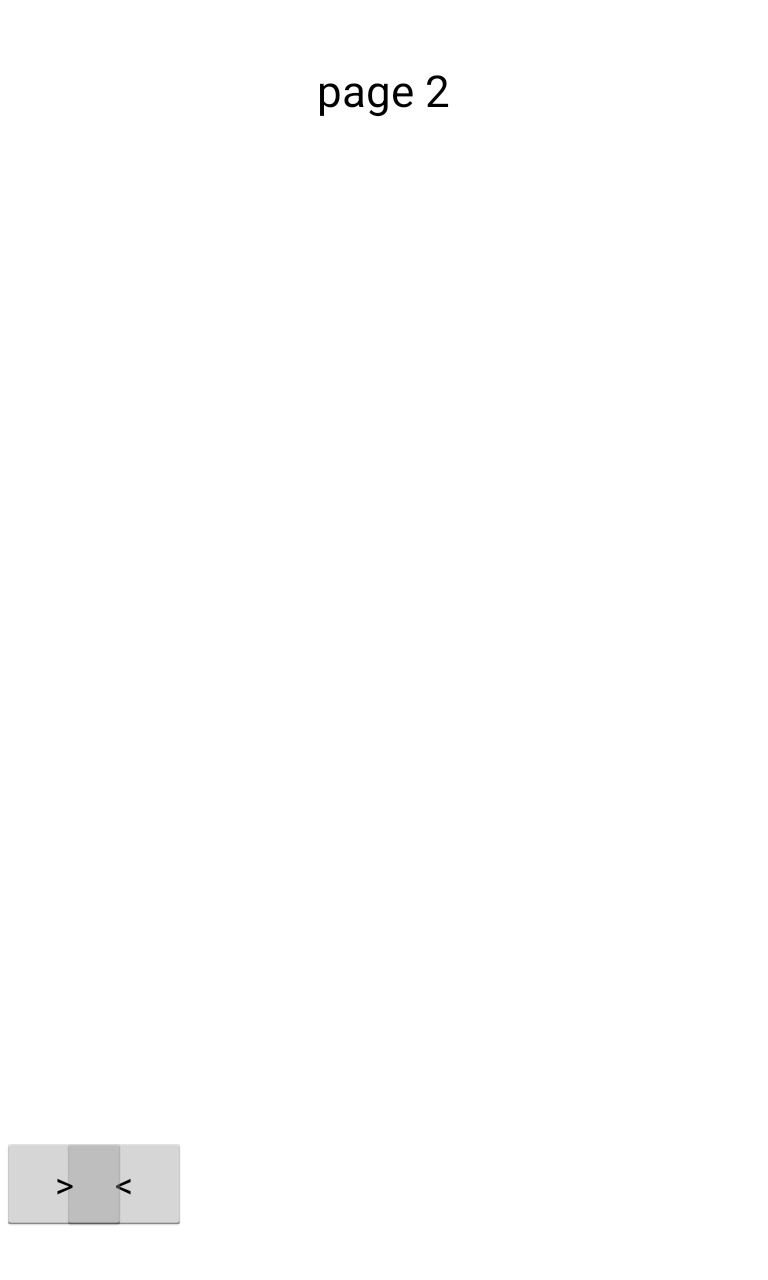
Repository: cho15255/Android-Test
Layout: ApplicationActivity/res/layout/page_2.xml
These files come from the project's save history. The layout is drawn as it stood at one moment and after the next save; the edit follows.
It is drawn on a 768 x 1280 px phone screen (xhdpi) without system bars, with theme AppTheme; the app's code is not run.

Above is the layout before, as saved 2013-05-14 20:49:33.

### ApplicationActivity/res/layout/page_2.xml
<?xml version="1.0" encoding="utf-8"?>
<RelativeLayout xmlns:android="http://schemas.android.com/apk/res/android"
    android:layout_width="match_parent"
    android:layout_height="match_parent" >

    <TextView
        android:id="@+id/textView1"
        android:layout_width="wrap_content"
        android:layout_height="wrap_content"
        android:layout_alignParentTop="true"
        android:layout_centerHorizontal="true"
        android:layout_marginTop="30dp"
        android:text="@string/page_number_2"
        android:textAppearance="?android:attr/textAppearanceLarge" />

    <Button
        android:id="@+id/button_back_1"
        android:layout_width="wrap_content"
        android:layout_height="wrap_content"
        android:layout_alignParentBottom="true"
        android:layout_marginBottom="24dp"
        android:layout_marginLeft="30dp"
        android:text="@string/button_back" />

    <Button
        android:id="@+id/button_next"
        android:layout_width="wrap_content"
        android:layout_height="wrap_content"
        android:layout_alignParentBottom="true"
        android:layout_marginBottom="24dp"
        android:layout_marginRight="30dp"
        android:text="@string/button_next" />

</RelativeLayout>

### ApplicationActivity/res/values/strings.xml
<?xml version="1.0" encoding="utf-8"?>
<resources>
    <string name="button_back">&lt; </string>
    <string name="button_back_2">&lt;&lt;</string>
    <string name="button_next">&gt; </string>
    <string name="title">JH Testing</string>
    <string name="app_title">A Testing</string>
    <string name="page_number_1">page 1</string>
    <string name="page_number_2">page 2</string>
    <string name="page_number_3">page 3</string>
    <string name="button_begin">Begin</string>

</resources>

Loaded but not shown: ApplicationActivity/res/values/styles.xml (common file); ApplicationActivity/res/values-v11/styles.xml (common file); ApplicationActivity/res/values-v14/styles.xml (common file)

After the next save:
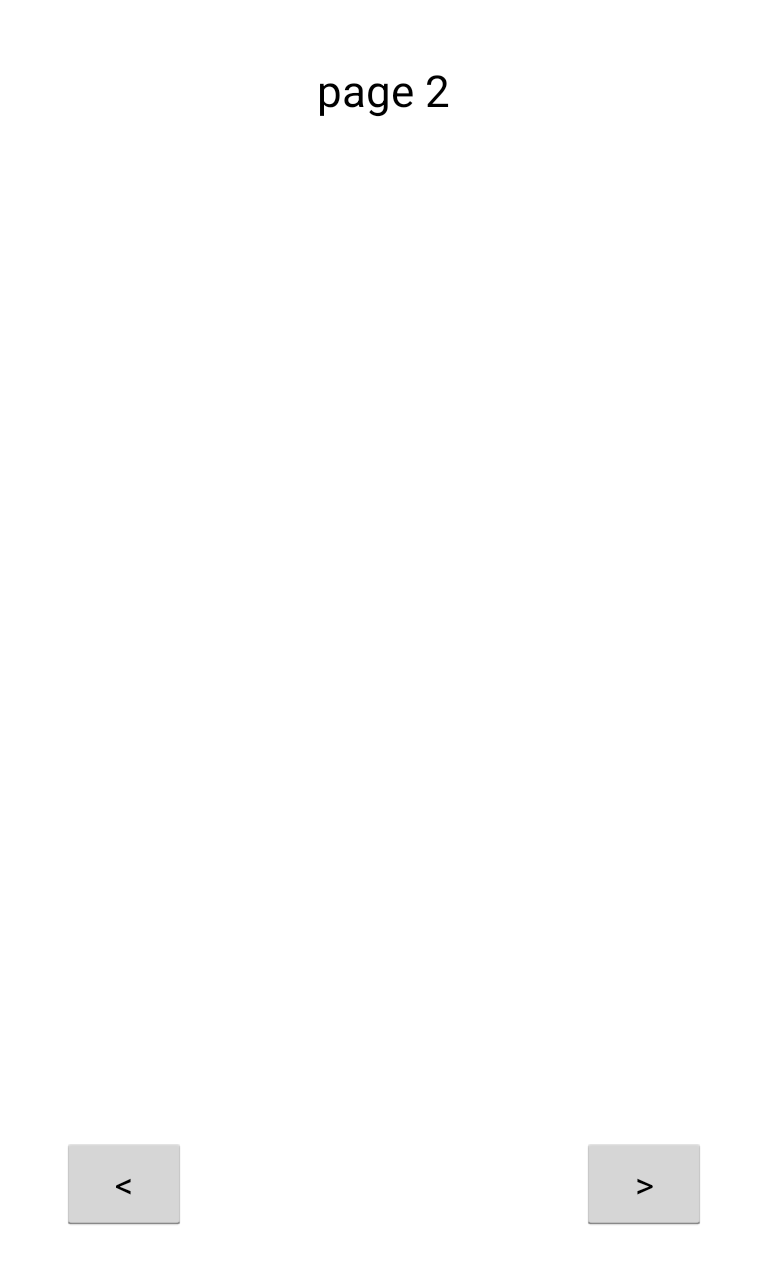
Saved 11 s later.
--- a/ApplicationActivity/res/layout/page_2.xml
+++ b/ApplicationActivity/res/layout/page_2.xml
@@ -27,6 +27,7 @@
         android:layout_width="wrap_content"
         android:layout_height="wrap_content"
         android:layout_alignParentBottom="true"
+        android:layout_alignParentRight="true"
         android:layout_marginBottom="24dp"
         android:layout_marginRight="30dp"
         android:text="@string/button_next" />
